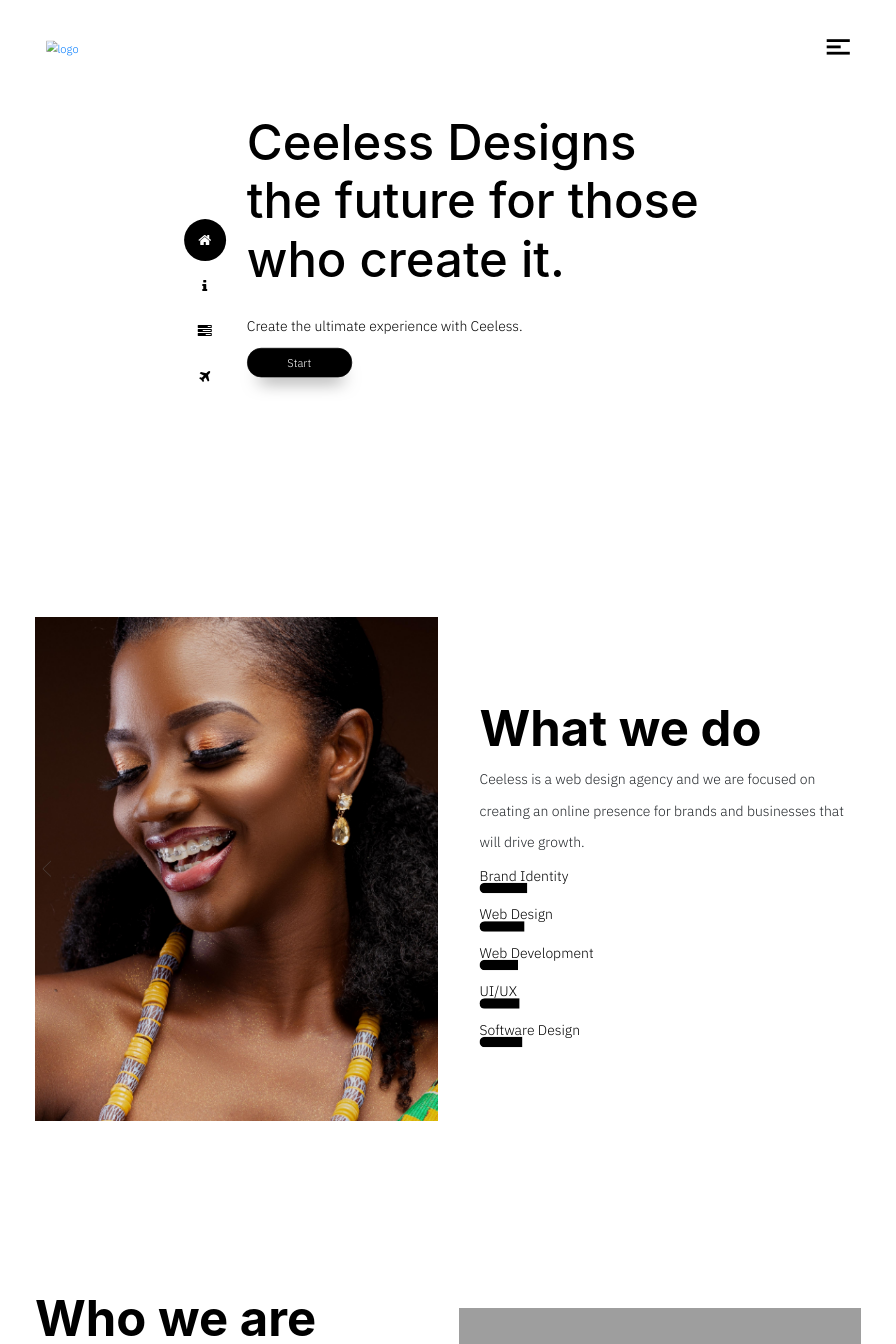
Repository: Licorne-Technologies/Ceeless-v2
Page: index.html
An editor plug-in stored every save of this project. The page is shown before and after the next save, followed by the edit.
The browser window is 1280 px wide. The pictures show the part of the page from y = 0 to 1920 px (the page is 3317 px tall), at 70% of full size.
Pictures or frames that could not be fetched are drawn as grey boxes. Some web libraries are served in a nearby version. The style sheet was rebuilt from its Sass, Less or Tailwind sources for each picture, by a compiler version that may differ from the author's.

Above is the page before, as saved 2020-06-15 14:32:13.

### index.html
<!DOCTYPE html>
<html lang="en">
<head>
    <meta charset="UTF-8">
    <meta name="viewport" content="width=device-width, initial-scale=1.0">
    <!-- UIkit CSS -->
    <link rel="stylesheet" href="https://cdn.jsdelivr.net/npm/uikit@3.5.4/dist/css/uikit.min.css" />
    <!--Bootstrap-->
    <link rel="stylesheet" href="https://stackpath.bootstrapcdn.com/bootstrap/4.4.1/css/bootstrap.min.css" integrity="sha384-Vkoo8x4CGsO3+Hhxv8T/Q5PaXtkKtu6ug5TOeNV6gBiFeWPGFN9MuhOf23Q9Ifjh" crossorigin="anonymous">
    <!--Font awesome -->
    <link rel="stylesheet" href="https://stackpath.bootstrapcdn.com/font-awesome/4.7.0/css/font-awesome.min.css">
    <!--Stylesheet-->
    <link rel="stylesheet" href="css/stylesheet.css">
    <title>Ceeless || Licorne Technologies</title>
</head>
<body>
 <main class="wrapper pt-5">
     <!--Navigation Bar-->
    <header class="navbar">
        <div class="logo">
            <a href="index.html">
                <img src="" alt="logo">
            </a>
        </div>
        <div class="menu">
            <a class="menuIcon" href="#modal-full" uk-toggle>
                <span class="long-bar"></span>
                <span class="short-bar"></span>
                <span class="long-bar"></span>
            </a>
        </div>
        <!--Menu Modal-->
        <div id="modal-full" class="uk-modal-full" uk-modal>
            <div class="uk-modal-dialog">
                <button class="uk-modal-close-full uk-close-large" type="button" uk-close></button>
                <div class="row">
                    <div class="col">
                        <div class="menuItems">
                            <ul class="menuList">
                                <li>
                                    <a href="index.html" class="active"><i class="fa fa-home"></i>Home</a>
                                </li>
                                <li>
                                    <a href="#"><i class="fa fa-info"></i>About</a>
                                </li>
                                <li>
                                    <a href="#"><i class="fa fa-tasks" aria-hidden="true"></i>Portfolio</a>
                                </li>
                                <li>
                                    <a href="#"><i class="fa fa-plane"></i>Contact</a>
                                </li>
                            </ul>
                        </div>
                    </div>
                <div class="col"></div>
                </div>
            </div>
        </div>
    </header>
    <!--End of Navigation Bar-->



    <!--Jumbotron-->
    <section class="jumboText">
        <div class="row">
            <div class="col-3">
                <!--Menu icons-->
                <div class="menuItems">
                    <ul class="menuList">
                        <li>
                            <a href="index.html" class="active"><i class="fa fa-home"></i></a>
                        </li>
                        <li>
                            <a href="#"><i class="fa fa-info"></i></a>
                        </li>
                        <li>
                            <a href="#"><i class="fa fa-tasks" aria-hidden="true"></i></a>
                        </li>
                        <li>
                            <a href="#"><i class="fa fa-plane"></i></a>
                        </li>
                    </ul>
                </div>
            </div>
            <div class="col-9">
                <div class="message card w-75">
                    <!--Message Text-->
                    <h1>Ceeless Designs the future for those who create it.</h1>
                    <p>Create the ultimate experience with Ceeless.</p>
                    <!--Action Btn-->
                    <a href="#" class="action-btn">Start</a>
                </div>

            </div>
        </div>
    </section>
    <!--End of Jumbotron-->

    <!--Portfolio and What We Do Section-->
    <section class="comboSection">
        <div class="row">
            <div class="col">
                <!--Portfolio Gallery-->
                <div uk-slideshow="autoplay: true; autoplay-interval: 2000; pause-on-hover: true; animation: fade;" >
                    <ul class="uk-slideshow-items" uk-height-viewport="min-height: 300">
                        <li>
                            <img src="assets/DemoImage1.jpg" alt="" uk-cover>
                        </li>
                        <li>
                            <img src="assets/DemoImage2.jpg" alt="" uk-cover>
                        </li>
                        <li>
                            <img src="assets/DemoImage3.jpg" alt="" uk-cover>
                        </li>
                    </ul>
                    <a class="uk-position-center-left uk-position-small uk-hidden-hover" href="#" uk-slidenav-previous uk-slideshow-item="previous"></a>
                    <a class="uk-position-center-right uk-position-small uk-hidden-hover" href="#" uk-slidenav-next uk-slideshow-item="next"></a>
                </div>
            </div>
            <div class="col">
                <h2 class="title pt-5">What we do</h2>
                <p>Ceeless is a web design agency and we are focused on creating an online presence for brands and businesses that will drive growth.</p>
                <!--What we do Progress bar-->
                <ul class="progressList">
                    <li>Brand Identity
                        <progress id="brandIdentity-progressbar" class="uk-progress uk-progress-dark" value="10" max="80"></progress>
                    </li>
                    <li>Web Design
                        <progress id="webDesign-progressbar" class="uk-progress uk-progress-dark" value="10" max="85"></progress>
                    </li>
                    <li>Web Development
                        <progress id="webDev-progressbar" class="uk-progress uk-progress-dark" value="10" max="100"></progress>
                    </li>
                    <li>UI/UX
                        <progress id="uiUx-progressbar" class="uk-progress uk-progress-dark" value="10" max="95"></progress>
                    </li>
                    <li>Software Design
                        <progress id="softwareDesign-progressbar" class="uk-progress uk-progress-dark" value="10" max="90"></progress>
                    </li>
                </ul>
            </div>
        </div>
    </section>
    <!--End of section-->

    <!--About us-->
    <section class="aboutUs">
        <div class="row">
            <div class="col">
                <h2 class="title">Who we are</h2>
                <p>Ceeless is a web design and development agency founded in 2016, it became part of the Licorne Technology group in February 2020.</p>
                <p>Ceeless is focused on supporting Nigerian brands and businesses online.</p>
            </div>
            <div class="col right">
                <div class="teamGallery">
                    <div class="uk-visible-toggle uk-light" tabindex="-1" uk-slideshow="animation: fade; autoplay: true;  autoplay-interval: 3000; pause-on-hover: true ">

                        <ul class="uk-slideshow-items">
                            <li>
                                <img src="assets/DemoImage3.jpg" alt="" uk-cover>
                                <div class="uk-overlay uk-overlay-primary uk-position-bottom">
                                    <p>Default Lorem ipsum dolor sit amet, consectetur adipiscing elit.</p>
                                </div>
                            </li>
                            <li>
                                <img src="assets/DemoImage2.jpg" alt="" uk-cover>
                                <div class="uk-overlay uk-overlay-primary uk-position-bottom">
                                    <p>Default Lorem ipsum dolor sit amet, consectetur adipiscing elit.</p>
                                </div>
                            </li>
                            <li>
                                <img src="assets/DemoImage1.jpg" alt="" uk-cover>
                                <div class="uk-overlay uk-overlay-primary uk-position-bottom">
                                    <p>Default Lorem ipsum dolor sit amet, consectetur adipiscing elit.</p>
                                </div>
                            </li>
                        </ul>

                        <a class="uk-position-center-left uk-position-small uk-hidden-hover" href="#" uk-slidenav-previous uk-slideshow-item="previous"></a>
                        <a class="uk-position-center-right uk-position-small uk-hidden-hover" href="#" uk-slidenav-next uk-slideshow-item="next"></a>

                    </div>
                </div>
            </div>
        </div>
    </section>
    <!--End of section-->

    <section class="contactUs">
        <div class="row">
            <div class="col">
                <div>
                    <div class="uk-inline">
                        <img src="assets/formBg.jpg" alt="">
                        <div class="uk-overlay-primary uk-position-cover"></div>
                        <div class="uk-overlay uk-position-bottom uk-light">
                            <h2 class="title">Work with us</h2>
                            <h5>on your next project or get in touch for a chat.</h5>
                        </div>
                    </div>
                </div>
            </div>
            <div class="col">
                <div class="form">
                    <form id="contactForm" method="POST" action="">
                        <div class="formRow">
                            <input type="text" placeholder="Name" required />
                            <div class="error"></div>
                        </div>
                        <div class="formRow">
                            <input type="email" placeholder="Email" required />
                            <div class="error"></div>
                        </div>
                        <div class="formRow">
                            <input type="text" placeholder="Phone Number" required />
                            <div class="error"></div>
                        </div>
                        <div class="formRow">
                            <textarea placeholder="Tell us about your project" required></textarea>
                            <div class="error"></div>
                        </div>
                    </form>
                </div>
                <!--form-->
            </div>
        </div>
    </section>
 </main>
 <footer class="footer">
     <p>&copy;Ceeless Designs | Licorne Technologies</p>
 </footer>

<!-- UIkit JS -->
<script src="https://cdn.jsdelivr.net/npm/uikit@3.5.4/dist/js/uikit.min.js"></script>
<script src="https://cdn.jsdelivr.net/npm/uikit@3.5.4/dist/js/uikit-icons.min.js"></script>
</body>
</html>

### css/stylesheet.scss
@import 'variables';
@import 'footer';
@import 'contact';
@import 'aboutUs';
@import 'whatWeDo';
@import 'portfolio';
@import 'jumbotron';
@import 'navbar';

*{
    margin: 0;
    padding: 0;
    text-decoration: none;
    list-style: none;
    font-family: $font;
}
 section {
    height: 100vh;
    margin-bottom: 70px;
}

.title {
    color: $dark;
    font-size: $fontLarge;
    font-weight: $fontHeavy;
}
@media screen and (min-width: 760px){
    .wrapper {
        margin: 0 50px;
    }
}

### css/_variables.scss
@import url('https://fonts.googleapis.com/css2?family=IBM+Plex+Sans:wght@300;700&display=swap');

$font: 'IBM Plex Sans', sans-serif;
$fontLight: 300;
$fontHeavy: 700;
$fontLarge: 70px;
$fontSmall: 45px;
$fontText: 20px;
$fontTextSm: 16px;
$dark: black;
$light: white;
$box-shadow: 0 5px 15px rgba(0,0,0,0.08);
$btn-shadow: 2px 20px 25px -15px rgba(0, 0, 0, 0.54);
$text-shadow: 2px 2px 4px rgba(0, 0, 0, 0.377);

### css/footer.scss
@import 'variables';

.footer {
    background-color: $dark;
    display: flex;
    align-items: center;
    p{
        color: $light;
        font-size: $fontText;
        padding: 10px;
    }
}

### css/contact.scss
@import 'variables';

.contactUs {
        height: 100vh;
        background-color: rgba(35,35,36, .9);
        background-size: cover;
    .title, h5{
        color: $light;
    }

    img {
        max-height: 100vh;
        width: 100%;
    }

    .form{
        display: flex;
        flex-direction: column;
        align-items: center;

        .formRow {
            margin: 10px 0;

            input, textarea {
                border: none;
                border-bottom: 2px solid $light;
                padding: 10px;
                color: $light;
                background-color: rgba(35,35,36, .9);
            }

            input::placeholder, textarea::placeholder {
                color: $light;
                line-height: $fontText;
                padding: 5px;
            }
        }
    }
}

### css/aboutUs.scss
@import 'variables';

.aboutUs {

    .col {
    height: 100vh;
    display: flex;
    flex-direction: column;
    justify-content: center;

    .right {
        background-color: $dark;
        height: 100vh;
        width: 100%;
    }
    }
    .title {
        padding-bottom: 30px;
    }
    p {
        font-size: $fontText;
        line-height: $fontSmall;
        font-weight: $fontLight;
    }
}

### css/whatWeDo.scss
@import 'variables';

.comboSection {

    .col {
        height: 100vh;
    display: flex;
    flex-direction: column;
    justify-content: center;
    }
    .title, p {
        padding-left: 30px;
    }
    p{
        font-size: $fontText;
        line-height: $fontSmall;
        font-weight: $fontLight;
    }
    .progressList {
        li{
            color: $dark;
            font-weight: 500;
            line-height: $fontText;
            font-size: $fontText;
            font-family: $font;
        }
    }
    .uk-progress { // this is its background, you could add those to your created classes if you want to also modify this color
        &::-webkit-progress-bar { background-color: $light; }
        &::-moz-progress-bar { background-color: $light; }
    }
    .uk-progress-dark { // created class for customisation
        &::-webkit-progress-value { background-color:$dark; } // those are the overflowing colors
        &::-ms-fill { background-color: $dark; }
    }

}

### css/jumbotron.scss
@import 'variables';

.jumboText {
    height: 100vh;
    display: flex;
    flex-direction: column;
    align-items: center;

    .card {
        border: none;
    }

    .menuItems {
        background-color: $light;
        display: flex;
        flex-direction: column;
        align-items: flex-end;

        a {
            font-size: $fontText;
            color: $dark;

            .fa {
                background-color: $light;
                color: $dark;
                margin-right: 0px;
                margin-bottom: 5px;
                height: 60px;
                width: 60px;
            }

            &:hover {
                .fa {
                    background-color: $dark;
                    color: $light;
                    transform: scale(1.2);
                }
            }
        }

        a.active {
            .fa {
                background-color: $dark;
                color: $light;
            }
        }
    }
}
.message {
    display: flex;
    flex-direction: column;
    align-items: flex-start;
    padding-top: 70px;
    h1{
        font-size: $fontLarge;
        color: $dark;
    }
    p{
        padding-top: 30px;
        font-size: $fontText;
        color: $dark;
    }
}
a.action-btn {
    border: 1px solid $dark;
    background-color: $dark;
    width: 150px;
    border-radius: 20px;
    padding: 10px;
    box-shadow: $btn-shadow;
    color: $light;
    text-align: center;
    line-height: 20px;
    &:hover{
        text-decoration: none;
    }

}

### css/navbar.scss
@import 'variables';

.navbar {
    display: flex;
    width: 100%;
    justify-content: space-between;
}

.menuIcon {
    display: flex;
    flex-direction: column;
        .long-bar,.short-bar{
            border: 2px solid $dark;
            margin-bottom: 5px;
        }
        .long-bar{
            width: 33px;
        }
        .short-bar{
            width: 20px;
        }

        &:hover{
            .long-bar{
                width: 20px;
                transition: width 300ms ease-in-out 0s;

            }
            .short-bar{
                width: 33px;

            }
        }
}

.uk-modal-full {
    height: 100vh;
    background-color: $dark;
    overflow: hidden;
}
.uk-modal-close-full, .uk-close-large, .menuItems{
    background-color: $dark;
    color: $light;
}
.menuItems {
    height: 100vh;
    display: flex;
    flex-direction: column;
    justify-content: center;
}
.menuList {
    li {
        a {
            display: flex;
            align-items: center;
            color: $light;
            font-size: $fontSmall;
            line-height: $fontSmall;

            .fa {
                display: flex;
                justify-content: center;
                align-items: center;
                height: 100px;
                width: 100px;
                border-radius: 50%;
                background-color: $dark;
                color: $light;
                margin-right: 7px;
            }

            &:hover {
                text-decoration: none;

                .fa{
                    background-color: $light;
                    color: $dark;
                }
            }
        }
    }
}

Loaded but not shown: css/portfolio.scss (common file)

After the next save:
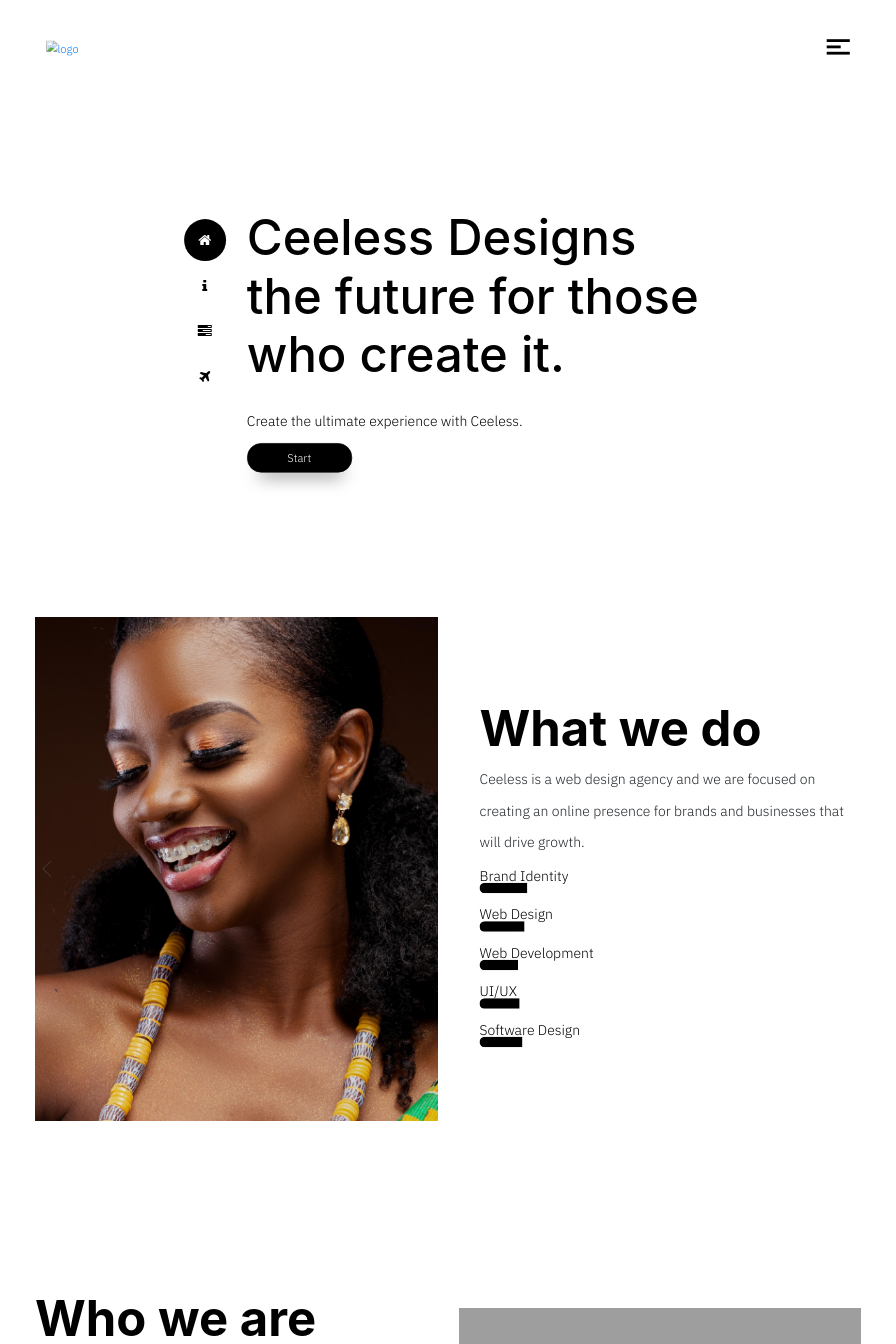
Saved 53 s later.
--- a/css/jumbotron.scss
+++ b/css/jumbotron.scss
@@ -4,10 +4,14 @@
     height: 100vh;
     display: flex;
     flex-direction: column;
-    align-items: center;
+    justify-content: center;
 
     .card {
         border: none;
+        height: 100vh;
+        display: flex;
+        flex-direction: column;
+        justify-content: center;
     }
 
     .menuItems {
